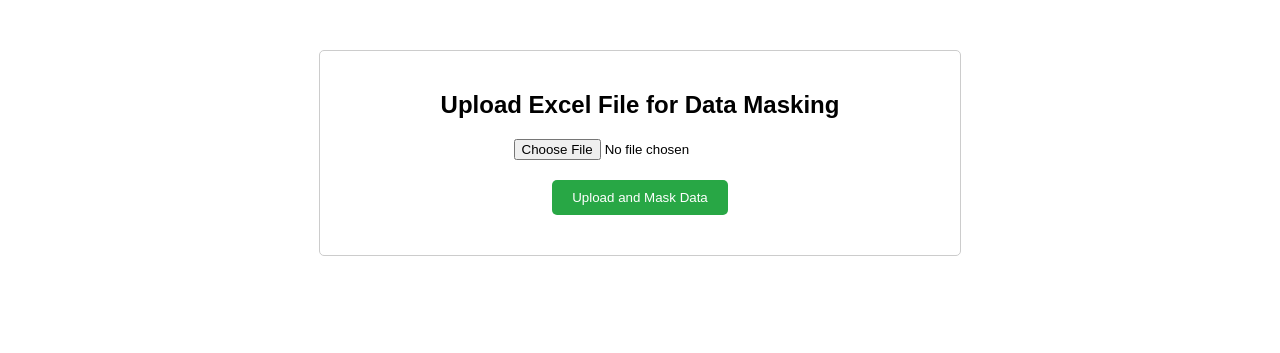
Repository: prithika12/DataMasking_Tool
Page: index.html
These files come from the project's save history. The page is drawn as it stood at one moment and after the next save; the edit follows.
The browser window is 1280 px wide. The pictures show the whole page.

Above is the page before, as saved 2024-07-09 10:14:28.

After the next save:
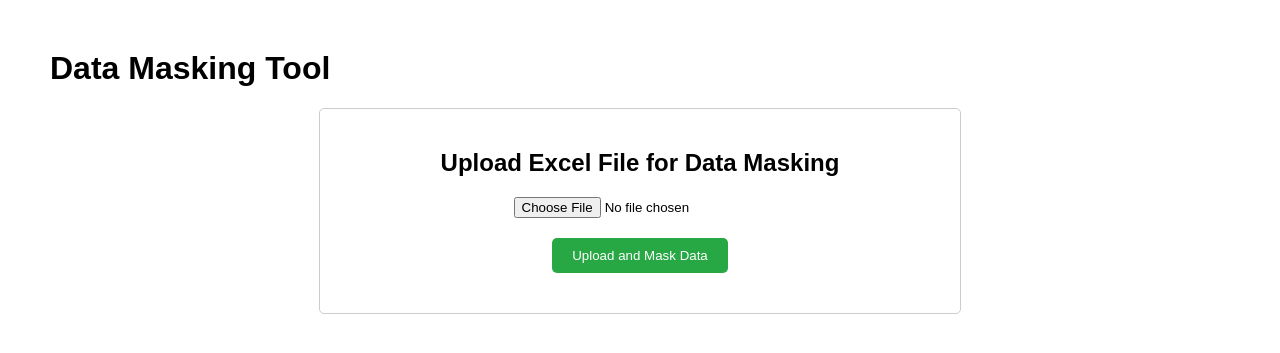
Saved 63 min 38 s later.
--- a/index.html
+++ b/index.html
@@ -1,7 +1,7 @@
 <!DOCTYPE html>
 <html>
 <head>
-    <title>Data Masking Tool</title>
+    <h1>Data Masking Tool</h1>
     <style>
         body {
             font-family: Arial, sans-serif;
